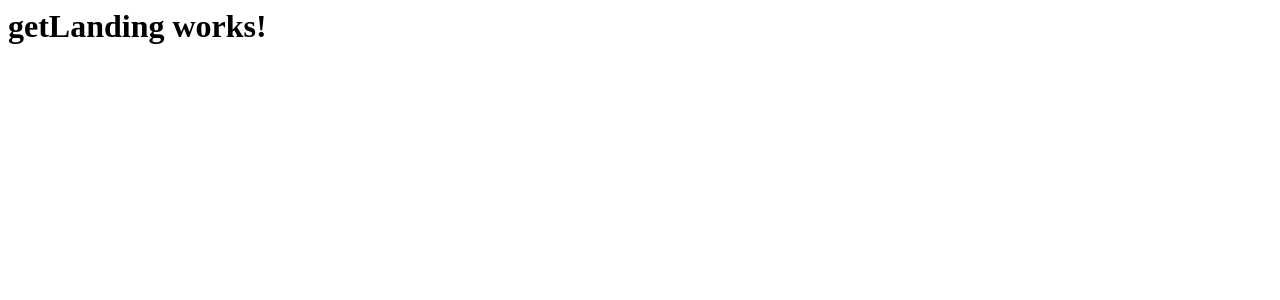
Repository: 2502-feb25-java-org/tiffany
Page: hello-servlets/src/main/webapp/WEB-INF/partials/Landing.html
An editor plug-in stored every save of this project. The page is shown before and after the next save, followed by the edit.
The browser window is 1280 px wide. The pictures show the whole page.

Above is the page before, as saved 2019-03-21 16:18:24.

After the next save:
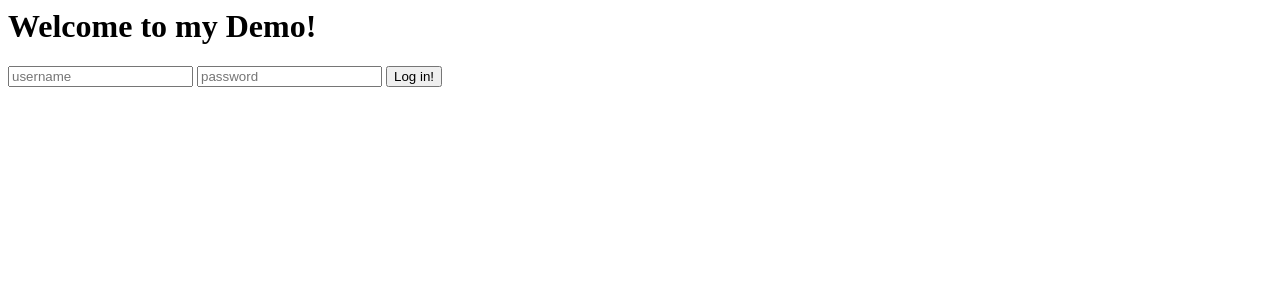
Saved 5 min 4 s later.
--- a/hello-servlets/src/main/webapp/WEB-INF/partials/Landing.html
+++ b/hello-servlets/src/main/webapp/WEB-INF/partials/Landing.html
@@ -1 +1,4 @@
-<h1>getLanding works!</h1>
+<h1>Welcome to my Demo!</h1>
+<input type= "text" id= "username" placeholder= "username" class= "form-control col-6">
+<input type= "password" class= "form-control cool-6" id= "password" placeholder= "password">
+<button class= "btn btn-warning">Log in!</button>
